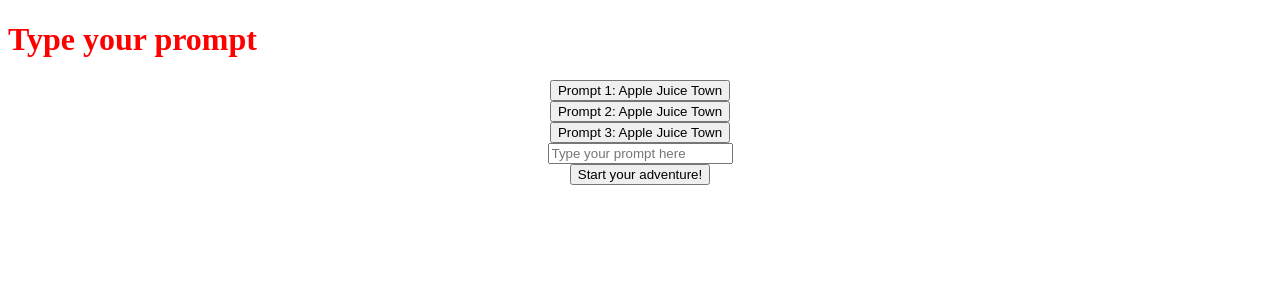
Repository: Appl3Kitti3/PROJECT_4537
Page: ClientSide/index.html
An editor plug-in stored every save of this project. The page is shown before and after the next save, followed by the edit.
The browser window is 1280 px wide. The pictures show the whole page.

Above is the page before, as saved 2024-10-17 20:58:34.

After the next save:
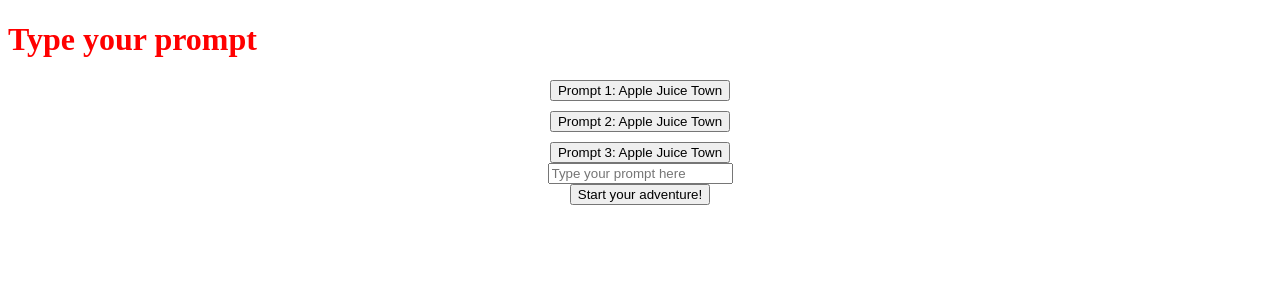
Saved 11 s later.
--- a/ClientSide/index.html
+++ b/ClientSide/index.html
@@ -12,6 +12,11 @@
                 display: flex;
                 flex-direction: column;
                 align-items: center;
+            }
+
+            .suggestions_container
+            {
+                gap: 10px;
             }
 
         </style>
